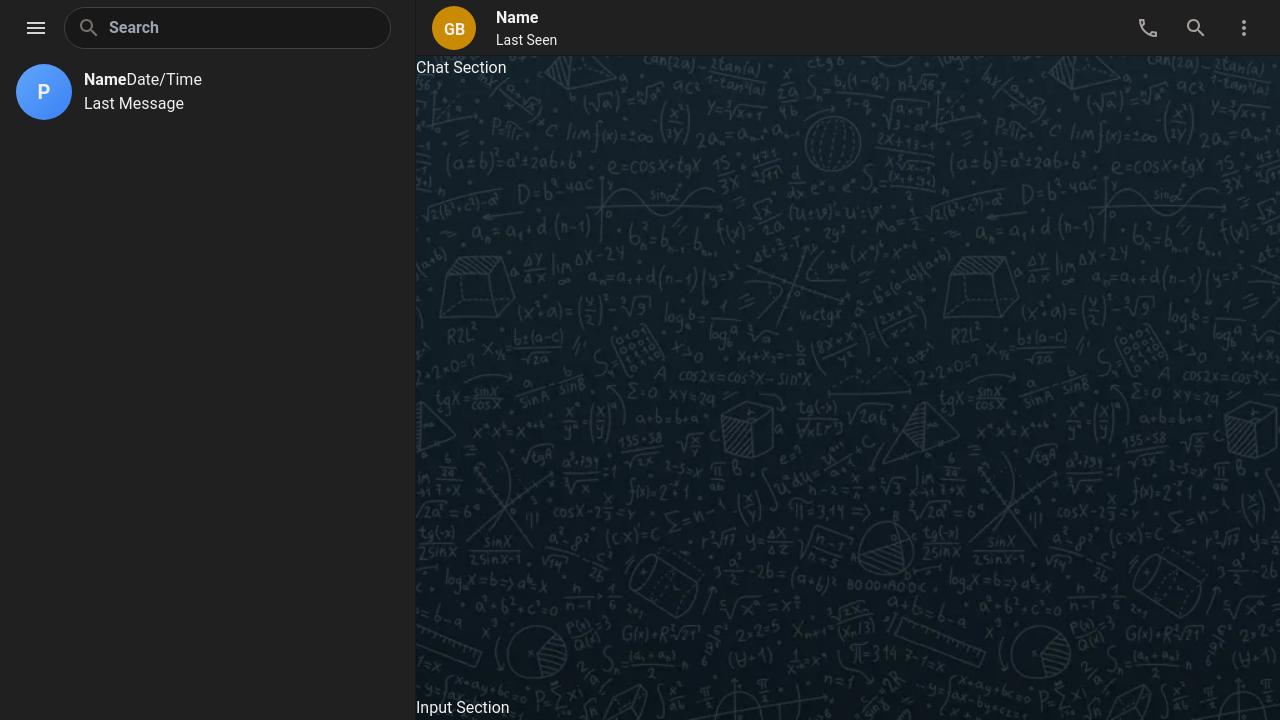
Repository: Qu4ntumGuy/telegram-clone
Page: /
The author's editor kept a copy of each file at every save. The page is drawn from the files as they stood at one save, then again after the next save.
The browser window is 1280 px wide. The pictures show the whole page.
The page's requests for data from a server got no answer. The project was rebuilt for these pictures with package versions that can differ from the ones it lists, and the page was loaded fresh each time. No one was signed in, and anything a server would have sent is missing. Also part of the build but not shown: src/Pages/ChatPage.js/ChatPage.js.

Above is the page before, as saved 2024-07-15 13:54:04.

After the next save:
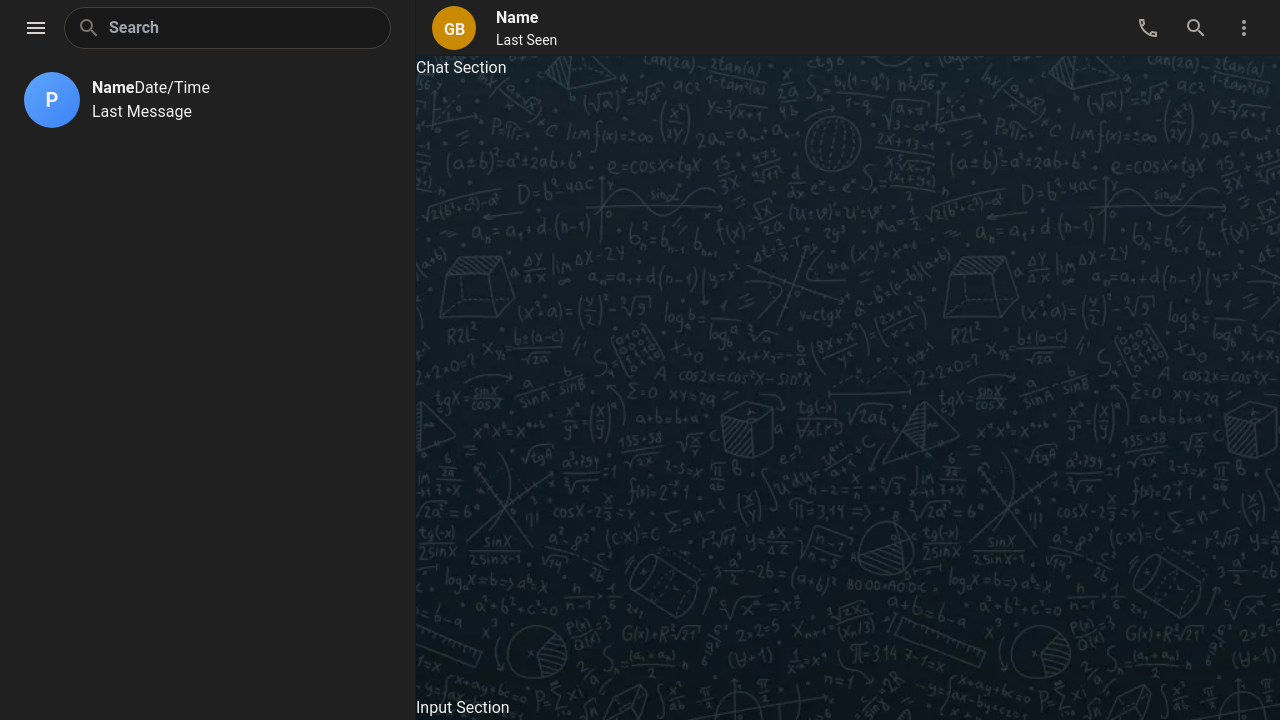
Saved 37 s later.
--- a/src/Components/Sidebar.js
+++ b/src/Components/Sidebar.js
@@ -67,7 +67,7 @@ function Sidebar() {
           </form>
         </div>
       </div>
-      <div className=" overflow-y-auto">
+      <div className="overflow-y-auto p-2">
         <Chat />
       </div>
     </div>
